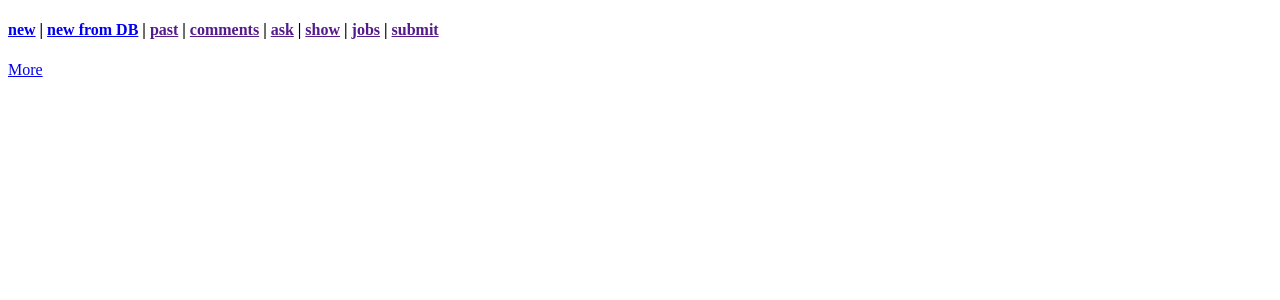
Repository: akshatmaheshwar/HackerNews-Clone
Page: http://localhost/HackerNews/dbnewest
An editor plug-in stored every save of this project. The page is shown before and after the next save, followed by the edit.
The browser window is 1280 px wide. The pictures show the whole page.
The page is served by Tomcat 10. Queries for data that is not in the repository find no rows.

Above is the page before, as saved 2023-10-11 02:36:47.

After the next save:
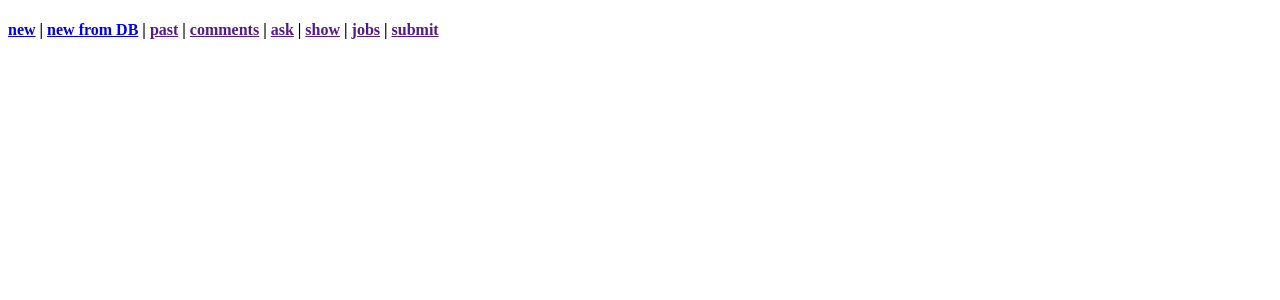
Saved 111 s later.
--- a/HackerNews/src/main/webapp/newest.jsp
+++ b/HackerNews/src/main/webapp/newest.jsp
@@ -50,6 +50,6 @@ if(request.getAttribute("pagination")!=null)startNo = (int)request.getAttribute(
     }
 %>
 </ol>
-<%if(postList!=null)%><a href = "dbnewest?pagination=${pagination}">More</a>
+<%if(postList!=null&&!postList.isEmpty()){%> <a href = "dbnewest?pagination=${pagination}"> More</a><%} %>
 </body>
 </html>
